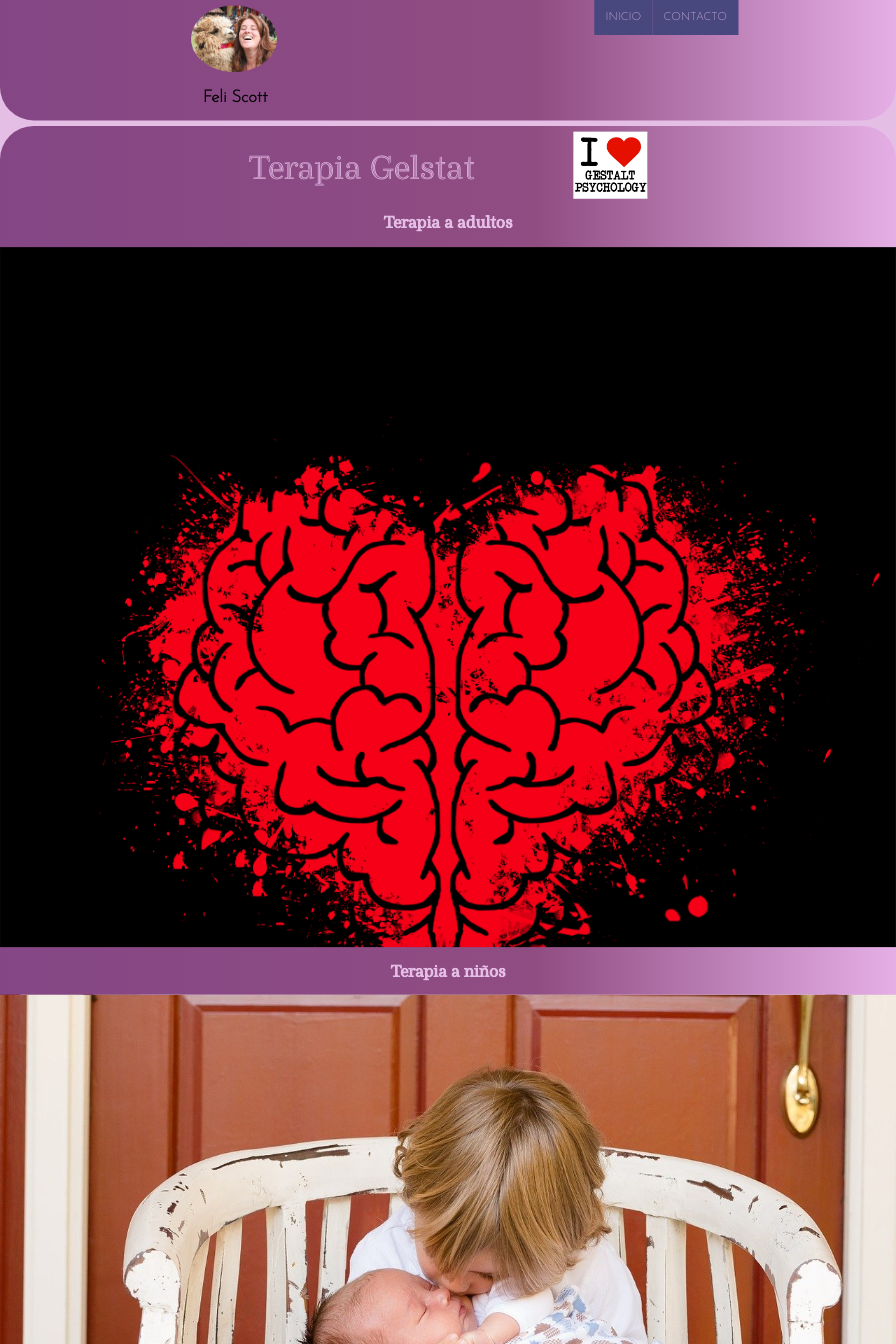
Repository: Jogalso/webPsicologa
Page: /
An editor plug-in stored every save of this project. The page is shown before and after the next save, followed by the edit.
The browser window is 1280 px wide. The pictures show the part of the page from y = 0 to 1920 px (the page is 5282 px tall), at 70% of full size.
Backgrounds fixed to the window are drawn as part of the page. The project was rebuilt for these pictures with package versions that can differ from the ones it lists, and the page was loaded fresh each time. Some packages were replaced by stand-ins written for this rebuild. The framework's server and built-in components were replaced by stand-ins that run in the browser.

Above is the page before, as saved 2021-07-14 12:57:12.

After the next save:
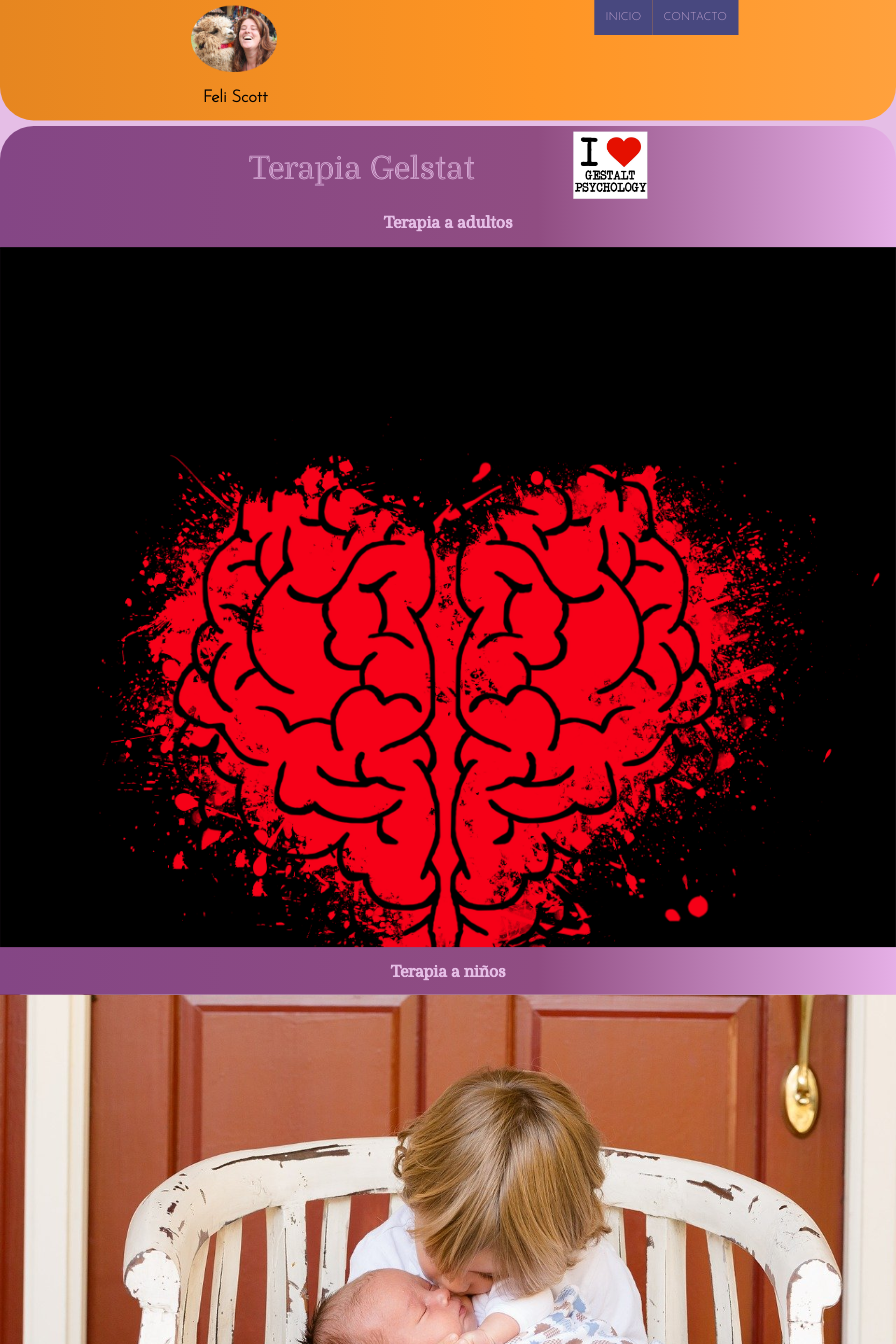
Saved 2 min 44 s later.
--- a/components/Header.jsx
+++ b/components/Header.jsx
@@ -26,7 +26,7 @@ export default function Header() {
             <style>
                 {`
                     .Header{
-                        background: linear-gradient(90deg, #844685 0, #904D82 60%, #E5AFE6);
+                        background: linear-gradient(90deg,#E68620 0, #FF9524 60%, #FFA13D);
                         border-bottom-right-radius: 3em;
                         border-bottom-left-radius: 3em;
                         margin-bottom: 0.5em;
